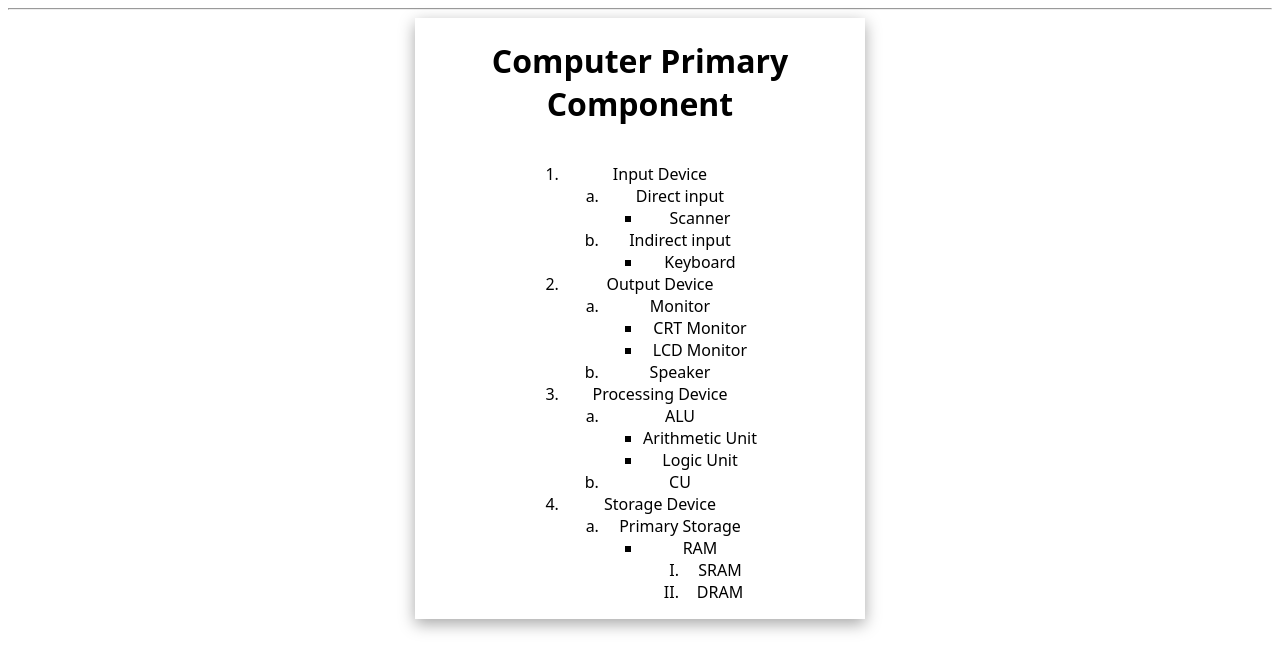
Repository: SharonSebastian32/Nested_List_in_html
Page: index.html
The author's editor kept a copy of each file at every save. The page is drawn from the files as they stood at one save, then again after the next save.
The browser window is 1280 px wide. The pictures show the whole page.

Above is the page before, as saved 2024-09-01 07:54:39.

After the next save:
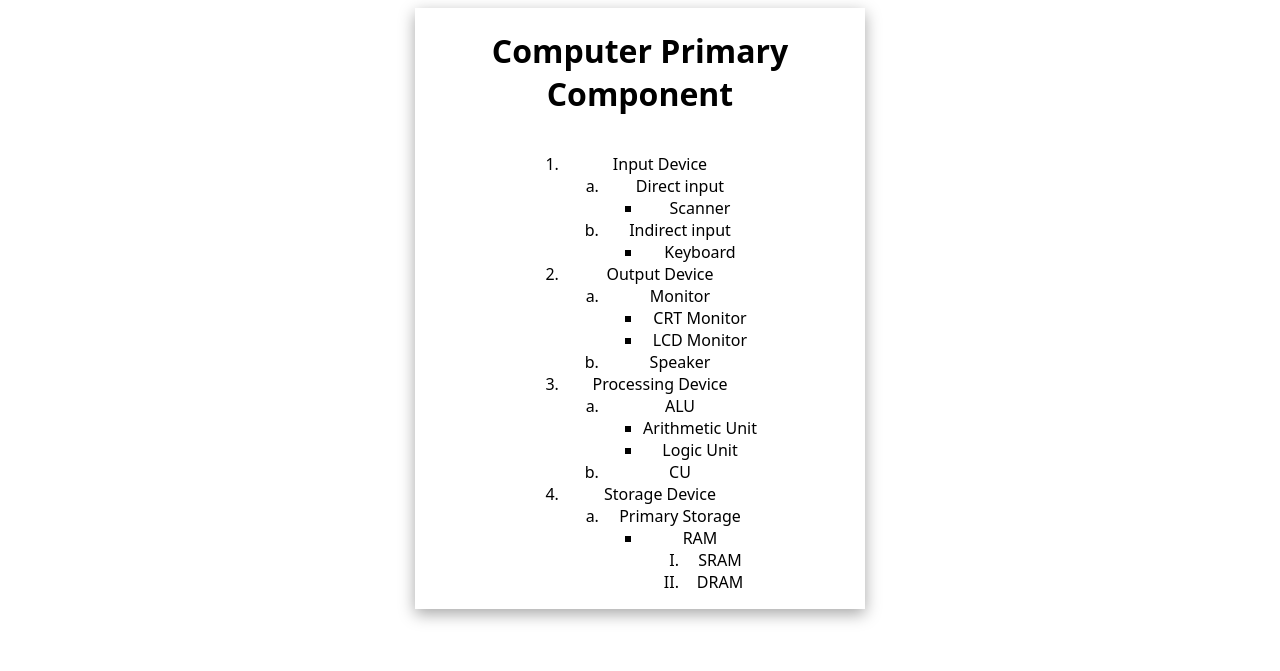
Saved 13 s later.
--- a/index.html
+++ b/index.html
@@ -9,8 +9,7 @@
   <body>
 
     <center>
-        <hr style="align-items: center; text-align: center;">
-      <div
+       <div
         style="
           display: flex;
           justify-content: center;
